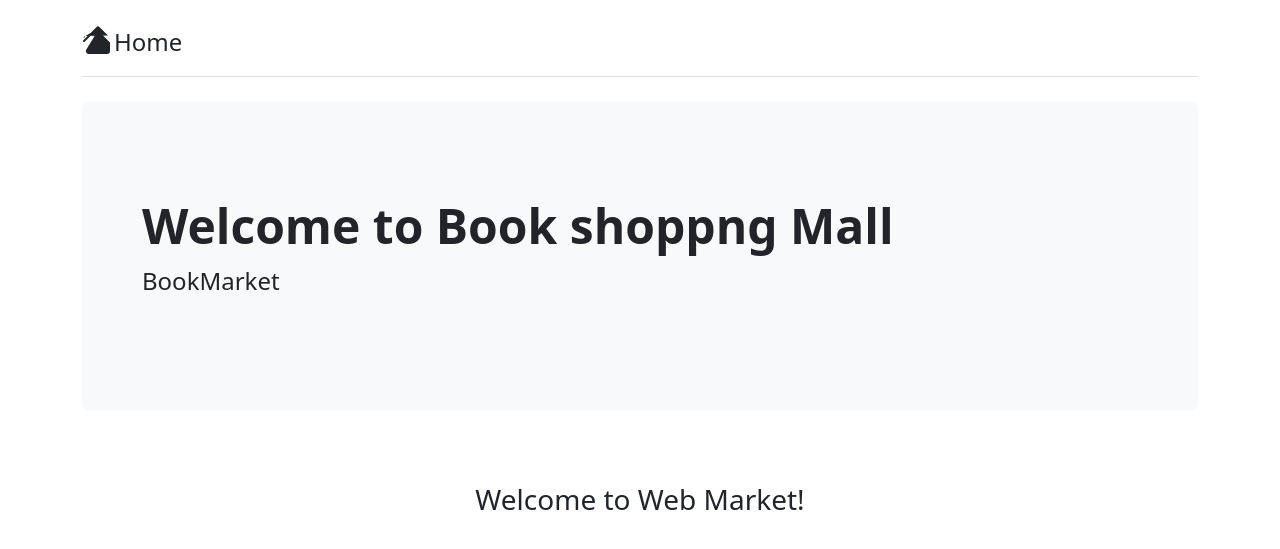
Repository: penguinjava/JSPBook
Page: http://localhost/JSPBook/welcome.jsp
An editor plug-in stored every save of this project. The page is shown before and after the next save, followed by the edit.
The browser window is 1280 px wide. The pictures show the whole page.
The page is served by Tomcat 9. Other server files are loaded and not shown.

Above is the page before, as saved 2024-10-30 16:03:38.

### JSPBook/src/main/webapp/welcome.jsp
<%@ page language="java" contentType="text/html; charset=UTF-8"
    pageEncoding="UTF-8"%>
<!DOCTYPE html>
<html>
<head>
<link href="https://cdn.jsdelivr.net/npm/bootstrap@5.3.3/dist/css/bootstrap.min.css" rel="stylesheet" integrity="sha384-QWTKZyjpPEjISv5WaRU9OFeRpok6YctnYmDr5pNlyT2bRjXh0JMhjY6hW+ALEwIH" crossorigin="anonymous">
<meta charset="UTF-8">
<title>Welcome</title>
</head>
<body>
	<div class="container py-4">
	<header class= "pb-3 mb-4 border-bottom">
	<a href="./welcome.jsp" class="d-flex align-iems-center text-dark
	text-decoration-none">
	<svg width="32" height="32" fill="currentColor" class="bi bi-house-fill" viewBox="0 0 16 16">
	<path d="M8.707 1.5a1 1 0 0 0-1.414 0L.646 8.146a.5.5 0 0 0 .708.708L8
	2.20716 .646 6.647a.5.5 0 0 0 .708-.708L13 5.793.V2.5a.5.5 0 0 0-.5-.5h-
	1a.5.5 0 0 0-.5.5v1.293L8.707 1.5Z"/>
	<path d="m8 3.293 6 6V13.5a1.5 1.5 0 0 1-1.5 1.5h-9A1.5 1.5 0 0 1 2
	13 .5V9.293l6-6Z"/>
	</svg>
		<span class="fs-4">Home</span>
	</a>
	</header>
	<%! String greeting = "Welcome to Book shoppng Mall";
		String tagline = "Welcome to Web Market!";
	%>
	<div class="p-5 mb-4 bg-body-tertiary rounded-3">
	<div class="container-fluid py-5">
	<h1 class="display-5 fw-bold"><%=greeting %></h1>
	<p class="col-md-8 fs-4">BookMarket</p>
	</div>
	</div>
	<div class="row align-items-md-stretch	text-center">
	<div class="col-md-12">
	<div class="h-100 p-5">
		<h3><%=tagline %></h3>
	</div>
	</div>
	</div>
	</div>
</body>
</html>

After the next save:
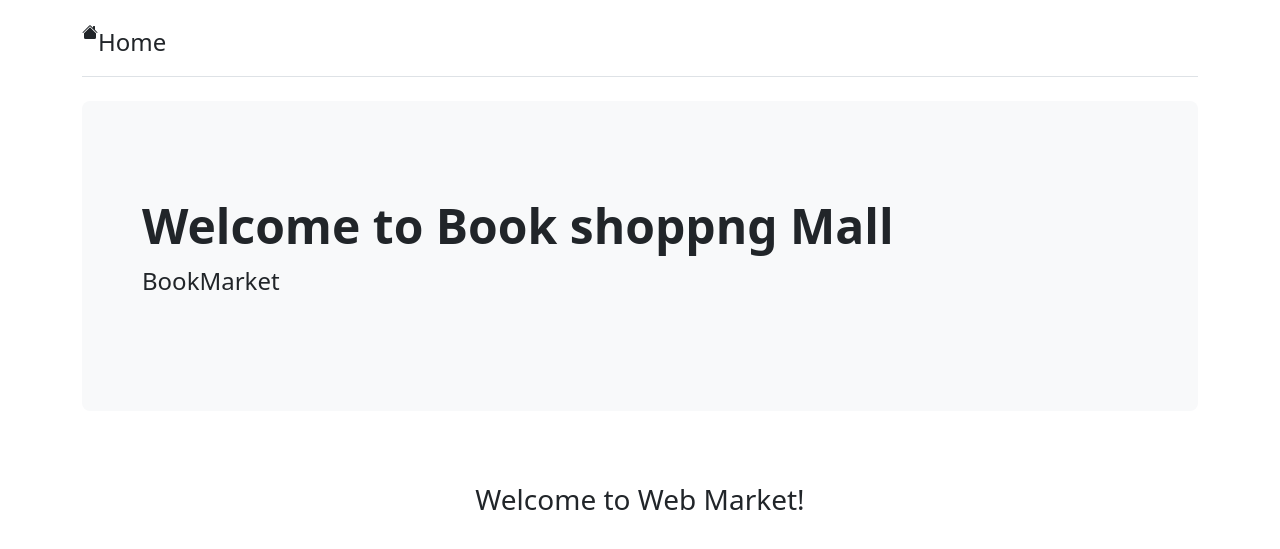
Saved 111 s later.
--- a/JSPBook/src/main/webapp/welcome.jsp
+++ b/JSPBook/src/main/webapp/welcome.jsp
@@ -12,13 +12,10 @@
 	<header class= "pb-3 mb-4 border-bottom">
 	<a href="./welcome.jsp" class="d-flex align-iems-center text-dark
 	text-decoration-none">
-	<svg width="32" height="32" fill="currentColor" class="bi bi-house-fill" viewBox="0 0 16 16">
-	<path d="M8.707 1.5a1 1 0 0 0-1.414 0L.646 8.146a.5.5 0 0 0 .708.708L8
-	2.20716 .646 6.647a.5.5 0 0 0 .708-.708L13 5.793.V2.5a.5.5 0 0 0-.5-.5h-
-	1a.5.5 0 0 0-.5.5v1.293L8.707 1.5Z"/>
-	<path d="m8 3.293 6 6V13.5a1.5 1.5 0 0 1-1.5 1.5h-9A1.5 1.5 0 0 1 2
-	13 .5V9.293l6-6Z"/>
-	</svg>
+	<svg xmlns="http://www.w3.org/2000/svg" width="16" height="16" fill="currentColor" class="bi bi-house-fill" viewBox="0 0 16 16">
+  <path d="M8.707 1.5a1 1 0 0 0-1.414 0L.646 8.146a.5.5 0 0 0 .708.708L8 2.207l6.646 6.647a.5.5 0 0 0 .708-.708L13 5.793V2.5a.5.5 0 0 0-.5-.5h-1a.5.5 0 0 0-.5.5v1.293z"/>
+  <path d="m8 3.293 6 6V13.5a1.5 1.5 0 0 1-1.5 1.5h-9A1.5 1.5 0 0 1 2 13.5V9.293z"/>
+</svg>
 		<span class="fs-4">Home</span>
 	</a>
 	</header>
